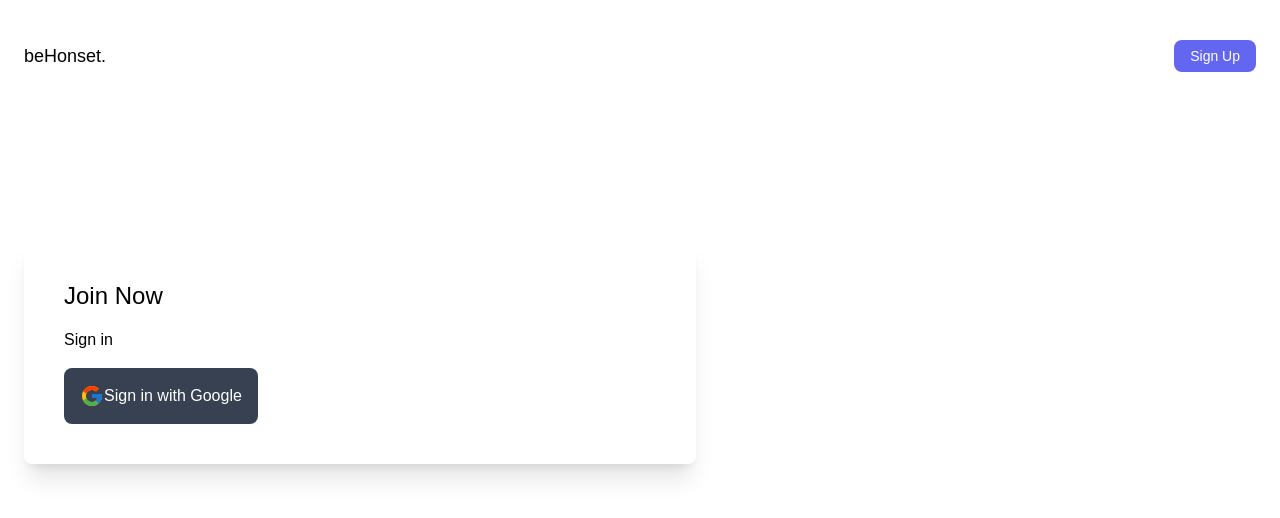
Repository: aidenfine/be-honset
Page: /login
These files come from the project's save history. The page is drawn as it stood at one moment and after the next save; the edit follows.
The browser window is 1280 px wide. The pictures show the whole page.
The page's requests for data from a server got no answer. The project was rebuilt for these pictures with package versions that can differ from the ones it lists, and the page was loaded fresh each time. The framework's server and built-in components were replaced by stand-ins that run in the browser. No one was signed in, and anything a server would have sent is missing. Also part of the build but not shown: next.config.js.

Above is the page before, as saved 2022-10-26 20:14:50.

After the next save:
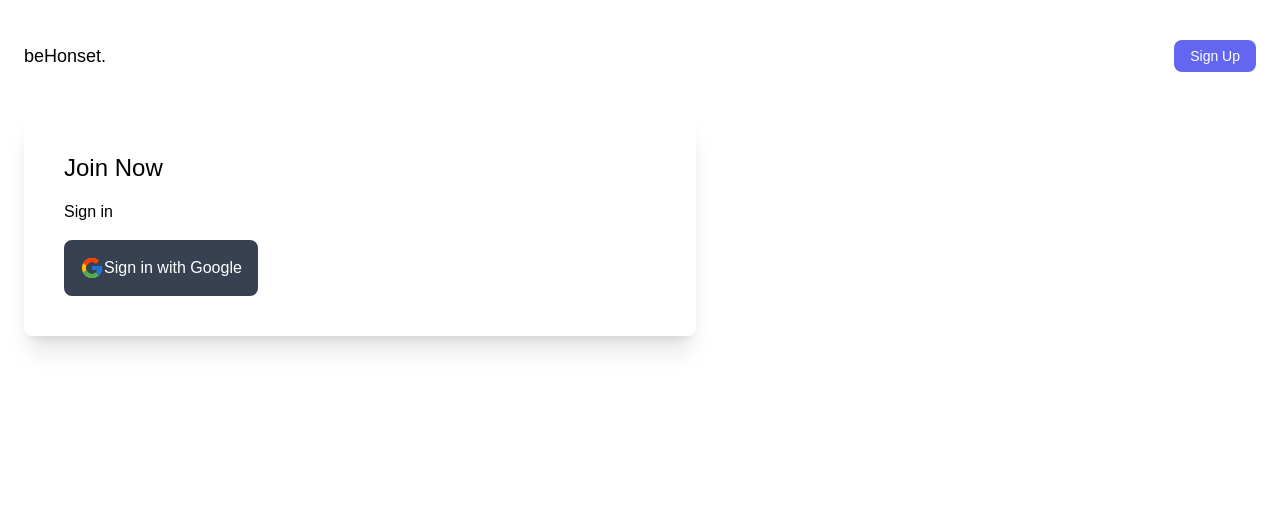
Saved 28 s later.
--- a/pages/login.js
+++ b/pages/login.js
@@ -37,7 +37,7 @@
 
     }, [user]);
     return(
-        <div className="justify-center items-center shadow-xl w-15 md:max-w-2xl mt-32 p-10 text-black rounded-lg bg-white">
+        <div className="justify-center items-center shadow-xl w-15 md:max-w-2xl  p-10 text-black rounded-lg bg-white">
             <h2 className="text-2xl font-medium">Join Now</h2>
             <div>
                 <h3 className="py-4">Sign in</h3>
